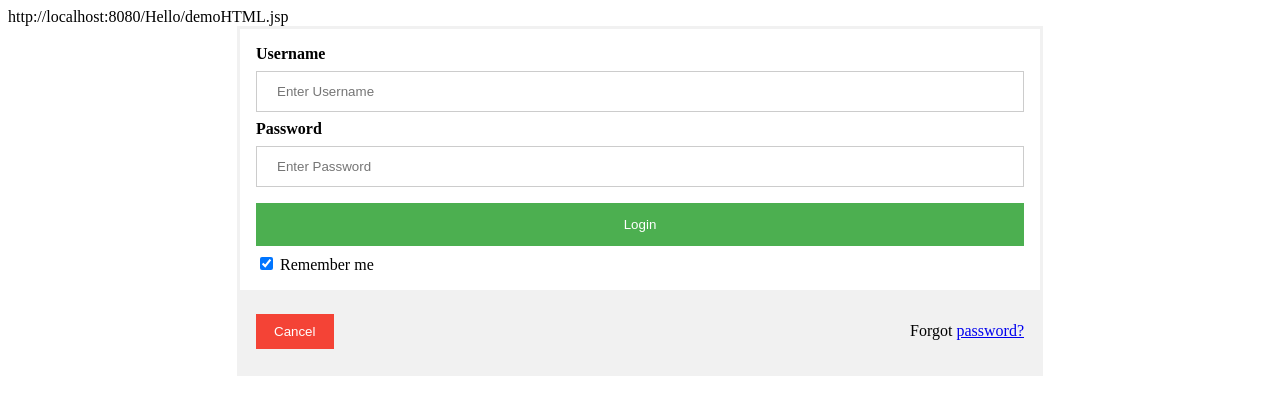
Repository: daihieptn97/JSP
Page: http://localhost/Hello/demo
An editor plug-in stored every save of this project. The page is shown before and after the next save, followed by the edit.
The browser window is 1280 px wide. The pictures show the whole page.
The page is served by Tomcat 9. Other server files are loaded and not shown.

Above is the page before, as saved 2019-08-22 14:10:32.

### Hello/WebContent/demoHTML.jsp
<%@ page language="java" contentType="text/html; charset=UTF-8"
	pageEncoding="UTF-8"%>
<!DOCTYPE html>
<html>
<head>
<meta charset="UTF-8">
<title>Insert title here</title>
<style>
/* Bordered form */
form {
  border: 3px solid #f1f1f1;
}

/* Full-width inputs */
input[type=text], input[type=password] {
  width: 100%;
  padding: 12px 20px;
  margin: 8px 0;
  display: inline-block;
  border: 1px solid #ccc;
  box-sizing: border-box;
}

/* Set a style for all buttons */
button {
  background-color: #4CAF50;
  color: white;
  padding: 14px 20px;
  margin: 8px 0;
  border: none;
  cursor: pointer;
  width: 100%;
}

/* Add a hover effect for buttons */
button:hover {
  opacity: 0.8;
}

/* Extra style for the cancel button (red) */
.cancelbtn {
  width: auto;
  padding: 10px 18px;
  background-color: #f44336;
}

/* Center the avatar image inside this container */
.imgcontainer {
  text-align: center;
  margin: 24px 0 12px 0;
}

/* Avatar image */
img.avatar {
  width: 40%;
  border-radius: 50%;
}

/* Add padding to containers */
.container {
  padding: 16px;
}

/* The "Forgot password" text */
span.psw {
  float: right;
  padding-top: 16px;
}

/* Change styles for span and cancel button on extra small screens */
@media screen and (max-width: 300px) {
  span.psw {
    display: block;
    float: none;
  }
  .cancelbtn {
    width: 100%;
  }
}
</style>
</head>

<body>
	<%= request.getRequestURL() %>
	<form action="<%= request.getContextPath() %>/Demo" method="post" style="width: 800px; margin: auto">
		  <div class="container">
		    <label for="uname"><b>Username</b></label>
		    <input type="text" placeholder="Enter Username" name="user" required>

		    <label for="psw"><b>Password</b></label>
		    <input type="password" placeholder="Enter Password" name="password" required>

		    <button type="submit">Login</button>
		    <label>
		      <input type="checkbox" checked="checked" name="remember"> Remember me
		    </label>
		  </div>

		  <div class="container" style="background-color:#f1f1f1">
		    <button type="button" class="cancelbtn">Cancel</button>
		    <span class="psw">Forgot <a href="#">password?</a></span>
		  </div>
	</form>

</body>

</html>

### Hello/src/com/servelet/Demo.java
package com.servelet;

import java.io.IOException;

import javax.servlet.RequestDispatcher;
import javax.servlet.ServletConfig;
import javax.servlet.ServletException;
import javax.servlet.annotation.WebServlet;
import javax.servlet.http.HttpServlet;
import javax.servlet.http.HttpServletRequest;
import javax.servlet.http.HttpServletResponse;

/**
 * Servlet implementation class Demo
 */
@WebServlet("/Demo")
public class Demo extends HttpServlet {
	private static final long serialVersionUID = 1L;

	/**
	 * @see HttpServlet#HttpServlet()
	 */
	public Demo() {
		super();
		// TODO Auto-generated constructor stub
	}

	/**
	 * @see Servlet#init(ServletConfig)
	 */
	public void init(ServletConfig config) throws ServletException {
		// TODO Auto-generated method stub
	}

	/**
	 * @see Servlet#destroy()
	 */
	public void destroy() {
		// TODO Auto-generated method stub
	}

	/**
	 * @see Servlet#getServletInfo()
	 */
	public String getServletInfo() {
		// TODO Auto-generated method stub
		return null;
	}

	/**
	 * @see HttpServlet#doGet(HttpServletRequest request, HttpServletResponse
	 *      response)
	 */
	protected void doGet(HttpServletRequest request, HttpServletResponse response)
			throws ServletException, IOException {
		// TODO Auto-generated method stub
		String products = "hahahaah";
		request.setAttribute("products", products);
		RequestDispatcher rq = request.getRequestDispatcher("demoHTML.jsp");
		rq.forward(request, response);

//		response.getWriter().append("Served at: ").append(request.getContextPath());
	}

	/**
	 * @see HttpServlet#doPost(HttpServletRequest request, HttpServletResponse
	 *      response)
	 */
	protected void doPost(HttpServletRequest request, HttpServletResponse response)
			throws ServletException, IOException {
		// TODO Auto-generated method stub
		System.out.println(request.getParameter("user"));


		response.getWriter()
		.append("Served at: " + request.getParameter("user"));
		;

		//doGet(request, response);
	}

	/**
	 * @see HttpServlet#doPut(HttpServletRequest, HttpServletResponse)
	 */
	protected void doPut(HttpServletRequest request, HttpServletResponse response)
			throws ServletException, IOException {
		// TODO Auto-generated method stub
	}

	/**
	 * @see HttpServlet#doDelete(HttpServletRequest, HttpServletResponse)
	 */
	protected void doDelete(HttpServletRequest request, HttpServletResponse response)
			throws ServletException, IOException {
		// TODO Auto-generated method stub
	}

}

After the next save:
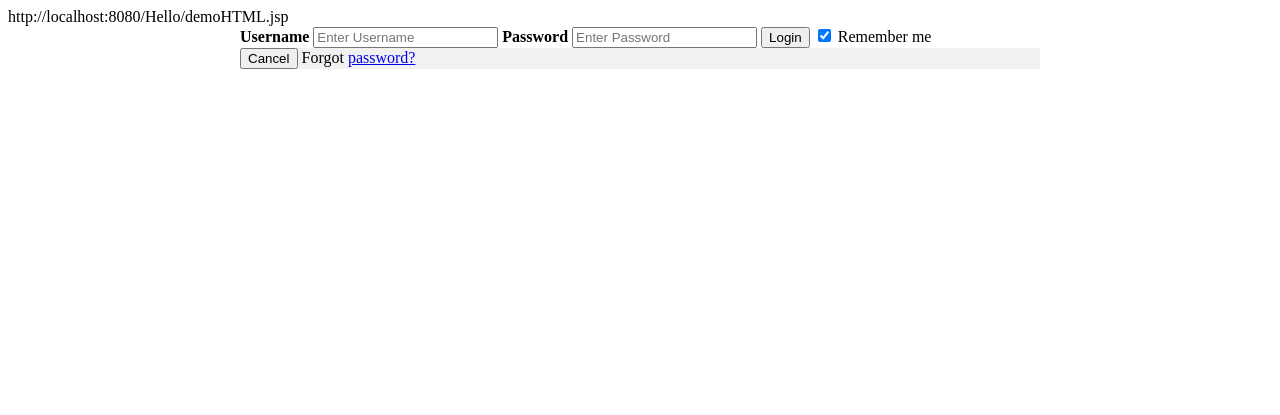
Saved 8 min 1 s later.
--- a/Hello/WebContent/demoHTML.jsp
+++ b/Hello/WebContent/demoHTML.jsp
@@ -5,79 +5,7 @@
 <head>
 <meta charset="UTF-8">
 <title>Insert title here</title>
-<style>
-/* Bordered form */
-form {
-  border: 3px solid #f1f1f1;
-}
 
-/* Full-width inputs */
-input[type=text], input[type=password] {
-  width: 100%;
-  padding: 12px 20px;
-  margin: 8px 0;
-  display: inline-block;
-  border: 1px solid #ccc;
-  box-sizing: border-box;
-}
-
-/* Set a style for all buttons */
-button {
-  background-color: #4CAF50;
-  color: white;
-  padding: 14px 20px;
-  margin: 8px 0;
-  border: none;
-  cursor: pointer;
-  width: 100%;
-}
-
-/* Add a hover effect for buttons */
-button:hover {
-  opacity: 0.8;
-}
-
-/* Extra style for the cancel button (red) */
-.cancelbtn {
-  width: auto;
-  padding: 10px 18px;
-  background-color: #f44336;
-}
-
-/* Center the avatar image inside this container */
-.imgcontainer {
-  text-align: center;
-  margin: 24px 0 12px 0;
-}
-
-/* Avatar image */
-img.avatar {
-  width: 40%;
-  border-radius: 50%;
-}
-
-/* Add padding to containers */
-.container {
-  padding: 16px;
-}
-
-/* The "Forgot password" text */
-span.psw {
-  float: right;
-  padding-top: 16px;
-}
-
-/* Change styles for span and cancel button on extra small screens */
-@media screen and (max-width: 300px) {
-  span.psw {
-    display: block;
-    float: none;
-  }
-  .cancelbtn {
-    width: 100%;
-  }
-}
-</style>
 </head>
 
 <body>
